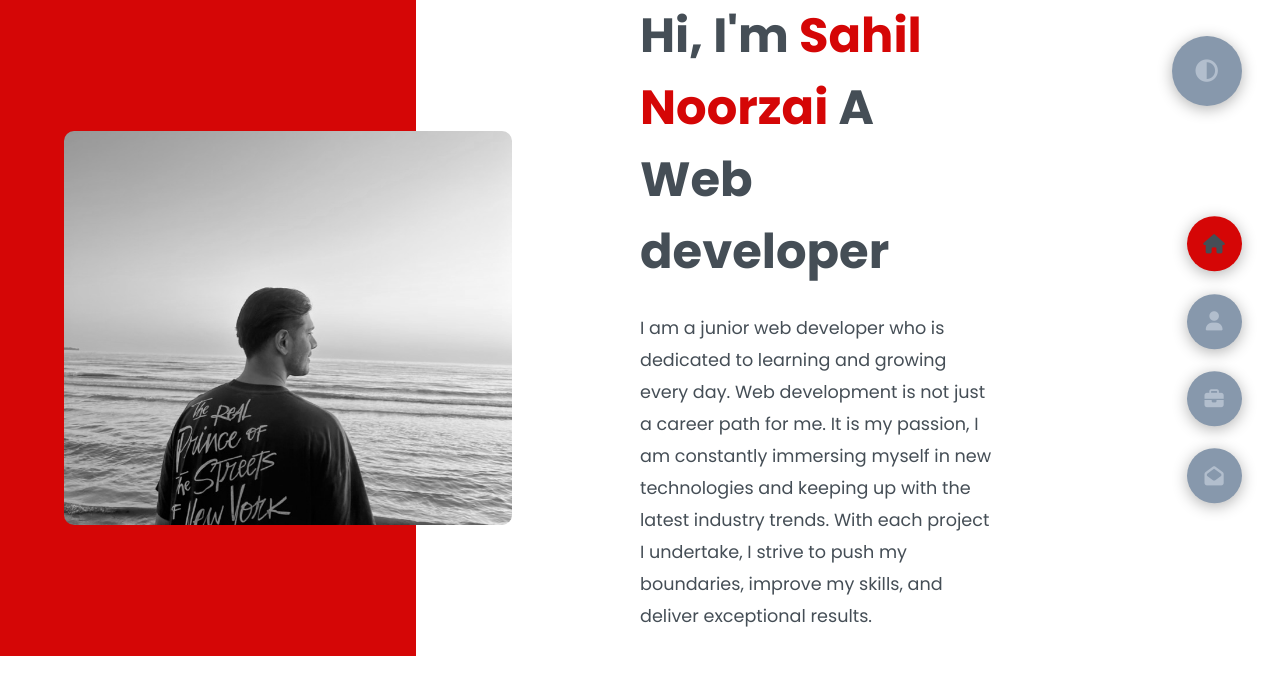
Repository: nftGambler/noorzai-portfolio
Page: index.html
These files come from the project's save history. The page is drawn as it stood at one moment and after the next save; the edit follows.
The browser window is 1280 px wide. The pictures show the whole page.
After loading, the first visible `div.theme-btn` was clicked once.
The style sheet was rebuilt from its Sass, Less or Tailwind sources for each picture, by a compiler version that may differ from the author's.

Above is the page before, as saved 2023-11-23 21:20:58.

After the next save:
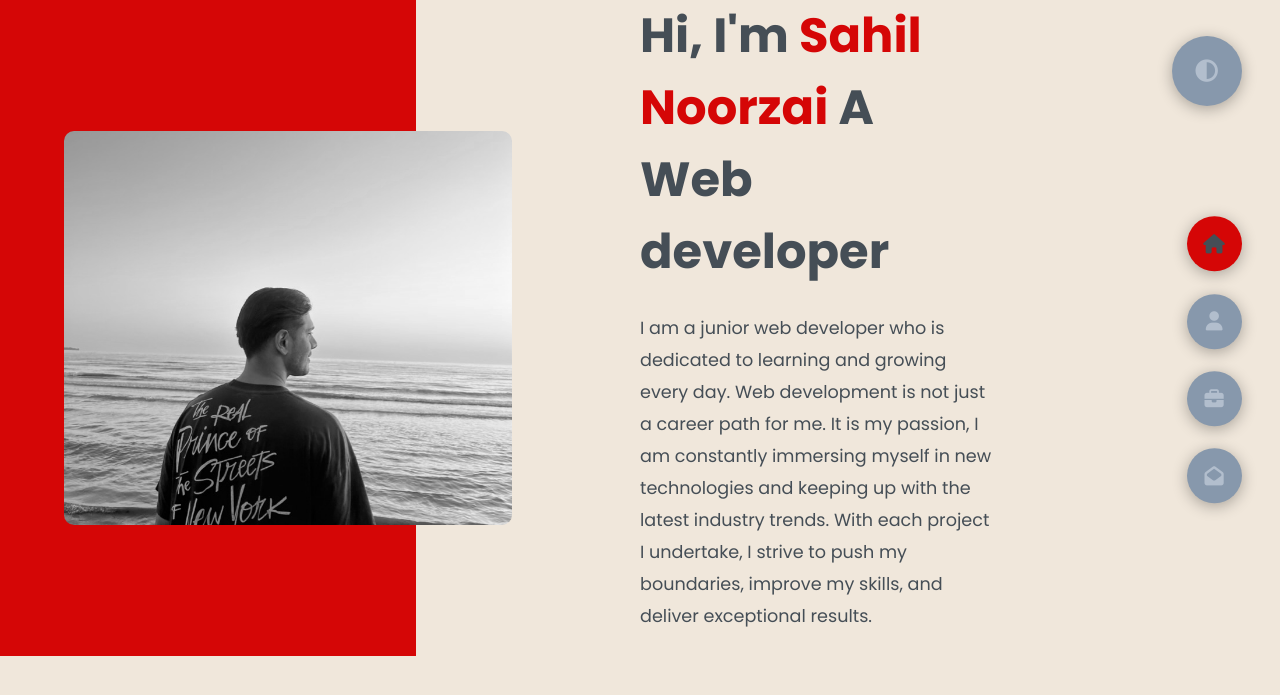
Saved 8 min 7 s later.
--- a/style/styles.scss
+++ b/style/styles.scss
@@ -25,7 +25,7 @@
 }
 
 .light-mode{
-  --color-primary: white;
+  --color-primary: rgb(240,231,219);
   --color-secondary: #d50606;
   --color-white: #454e56;
   --color-black: #000;
